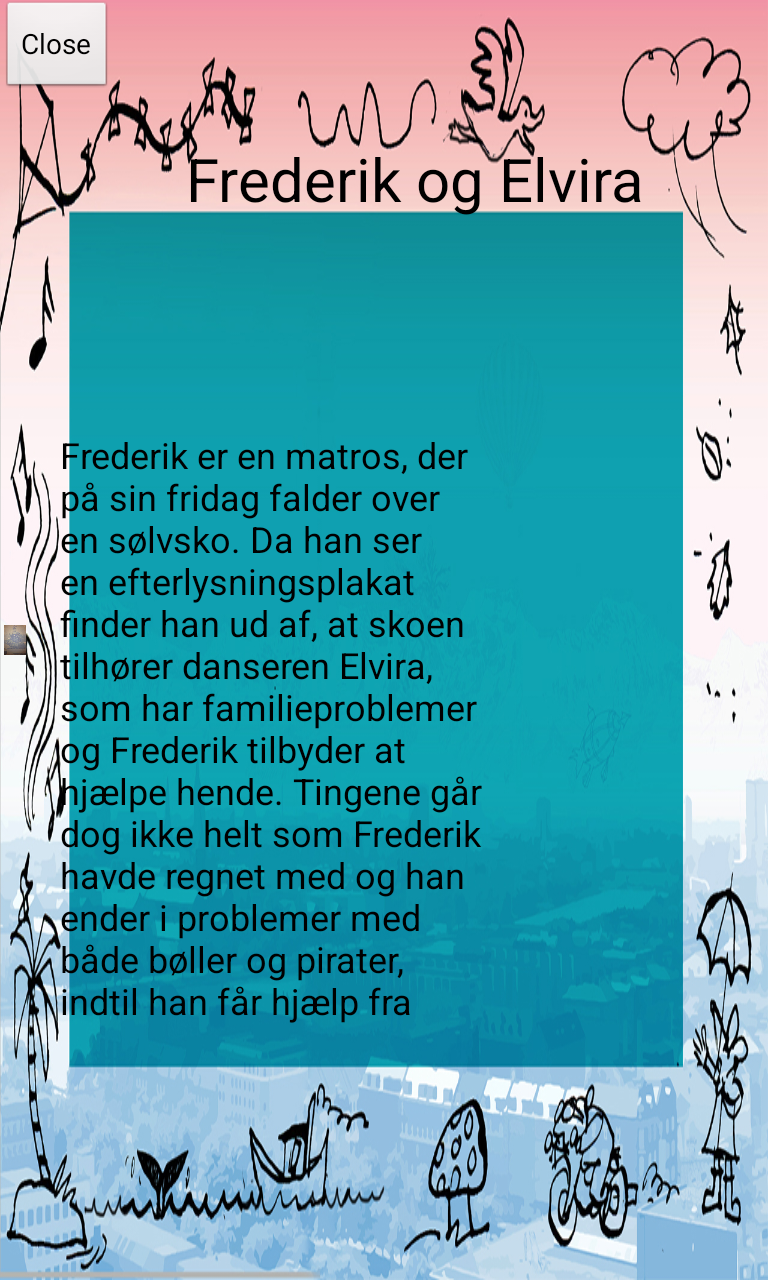
Repository: DreadMuffin/work
Layout: tablets/Historie/res/layout/popup1.xml
The author's editor kept a copy of each file at every save. The layout is drawn from the files as they stood at one save, then again after the next save.
It is drawn on a 768 x 1280 px phone screen (xhdpi) without system bars, with theme android:Theme.NoTitleBar; the app's code is not run.

Above is the layout before, as saved 2015-02-26 12:16:42.

After the next save:
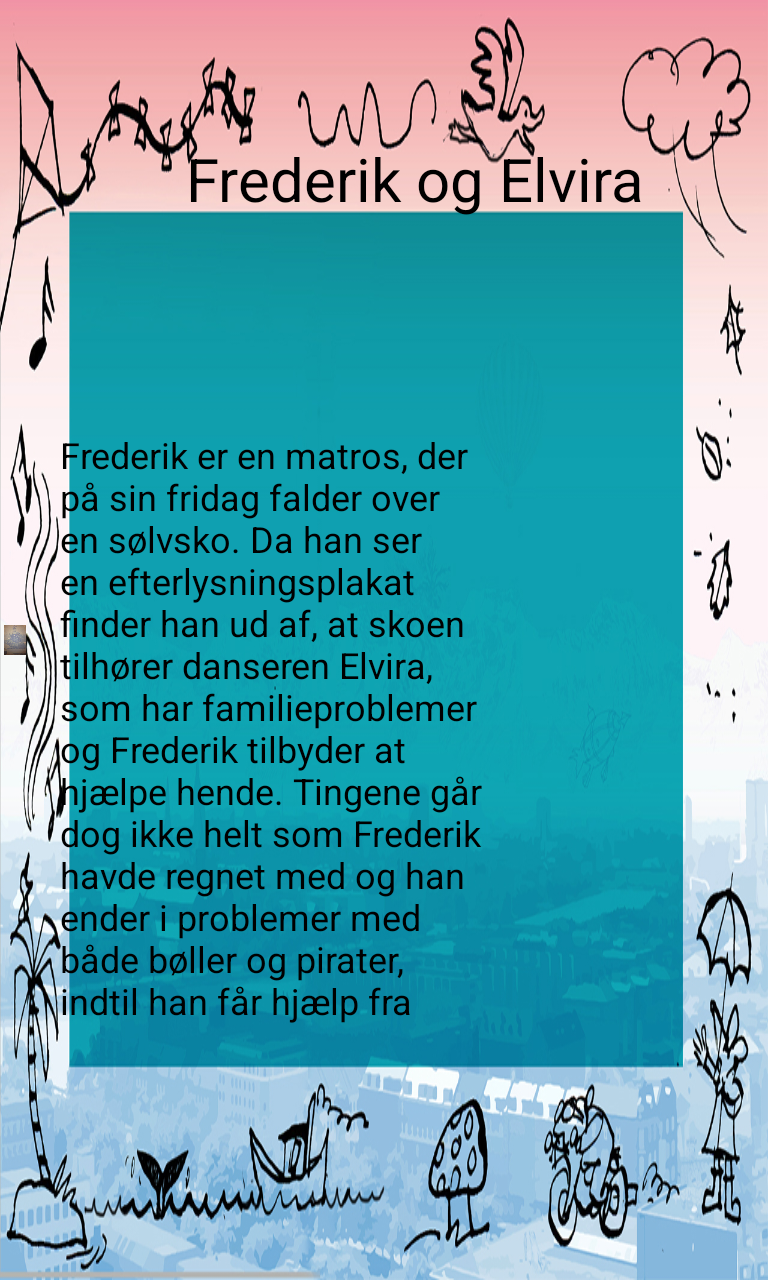
Saved 3 min 11 s later.
--- a/tablets/Historie/res/layout/popup1.xml
+++ b/tablets/Historie/res/layout/popup1.xml
@@ -5,13 +5,6 @@
     android:layout_height="match_parent"
     android:background="@drawable/popupwp"
     tools:context=".Historie" >
-
-    <Button
-        android:id="@+id/btn_close_popup"
-        android:layout_width="wrap_content"
-        android:layout_height="wrap_content"
-        android:layout_gravity="center"
-        android:text="Close" />
 
     <TextView
         android:id="@+id/textView1"
@@ -48,4 +41,12 @@
         android:rotation="90"
         android:src="@drawable/elvira500" />
 
+    <Button
+        android:id="@+id/btn_close_popup"
+        android:layout_width="wrap_content"
+        android:layout_height="wrap_content"
+        android:layout_alignParentBottom="true"
+        android:layout_toLeftOf="@+id/txt"
+        android:text="Close" />
+
 </RelativeLayout>

After the save that followed:
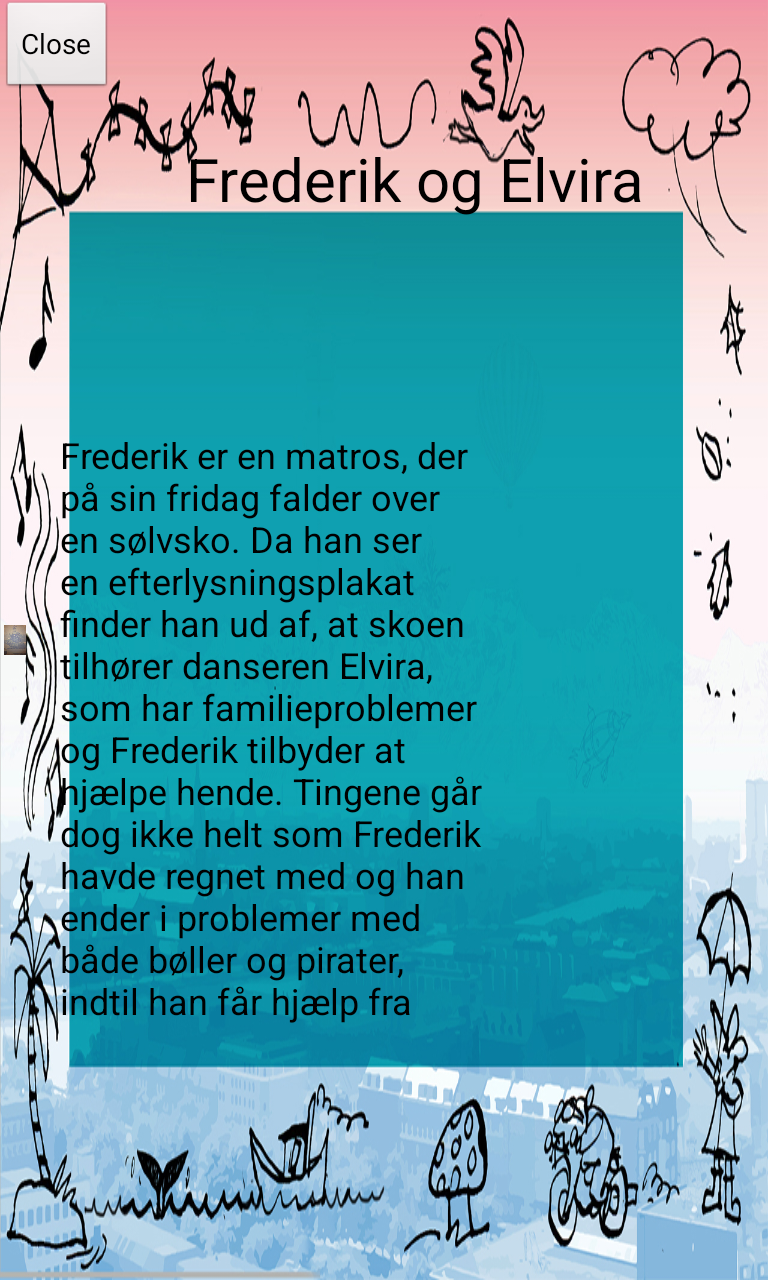
Saved 2 min 27 s later.
--- a/tablets/Historie/res/layout/popup1.xml
+++ b/tablets/Historie/res/layout/popup1.xml
@@ -41,12 +41,11 @@
         android:rotation="90"
         android:src="@drawable/elvira500" />
 
-    <Button
+      <Button
         android:id="@+id/btn_close_popup"
         android:layout_width="wrap_content"
         android:layout_height="wrap_content"
-        android:layout_alignParentBottom="true"
-        android:layout_toLeftOf="@+id/txt"
+        android:layout_gravity="center"
         android:text="Close" />
 
 </RelativeLayout>
